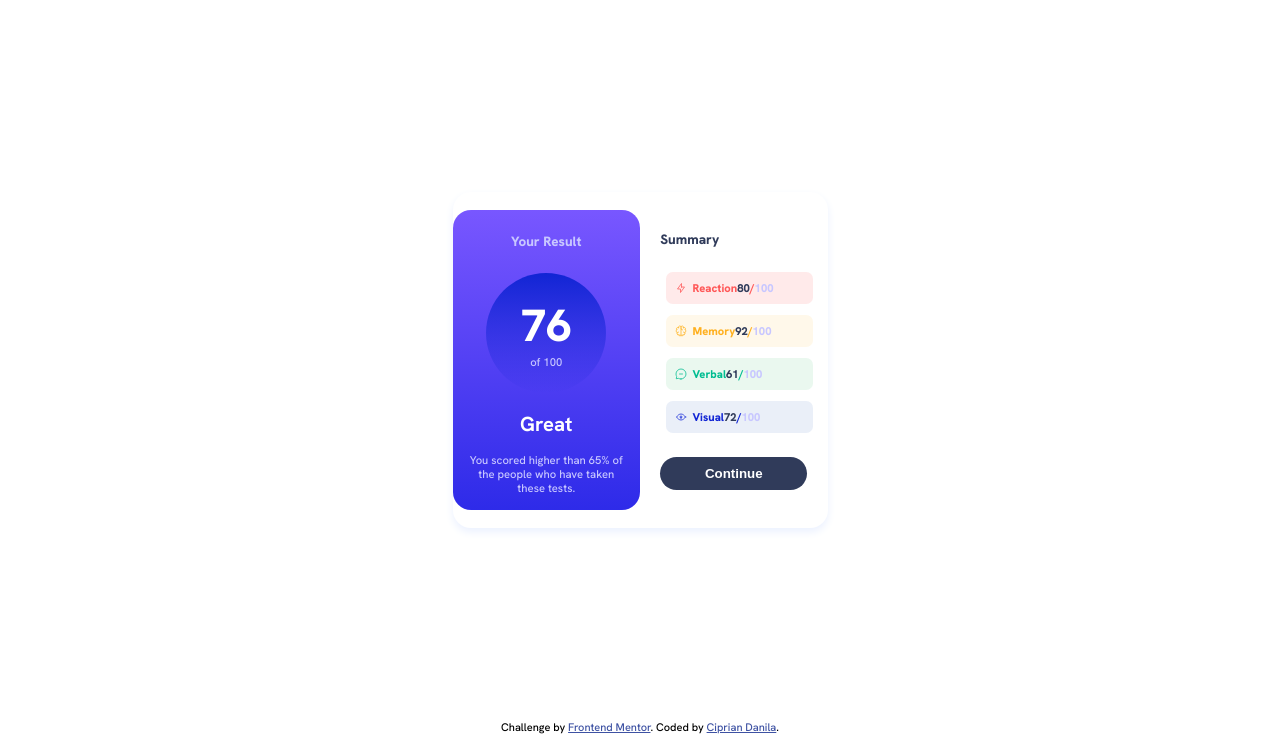
Repository: cipdanila/results-summary-component
Page: index.html
These files come from the project's save history. The page is drawn as it stood at one moment and after the next save; the edit follows.
The browser window is 1280 px wide. The pictures show the whole page.

Above is the page before, as saved 2024-02-02 20:50:18.

After the next save:
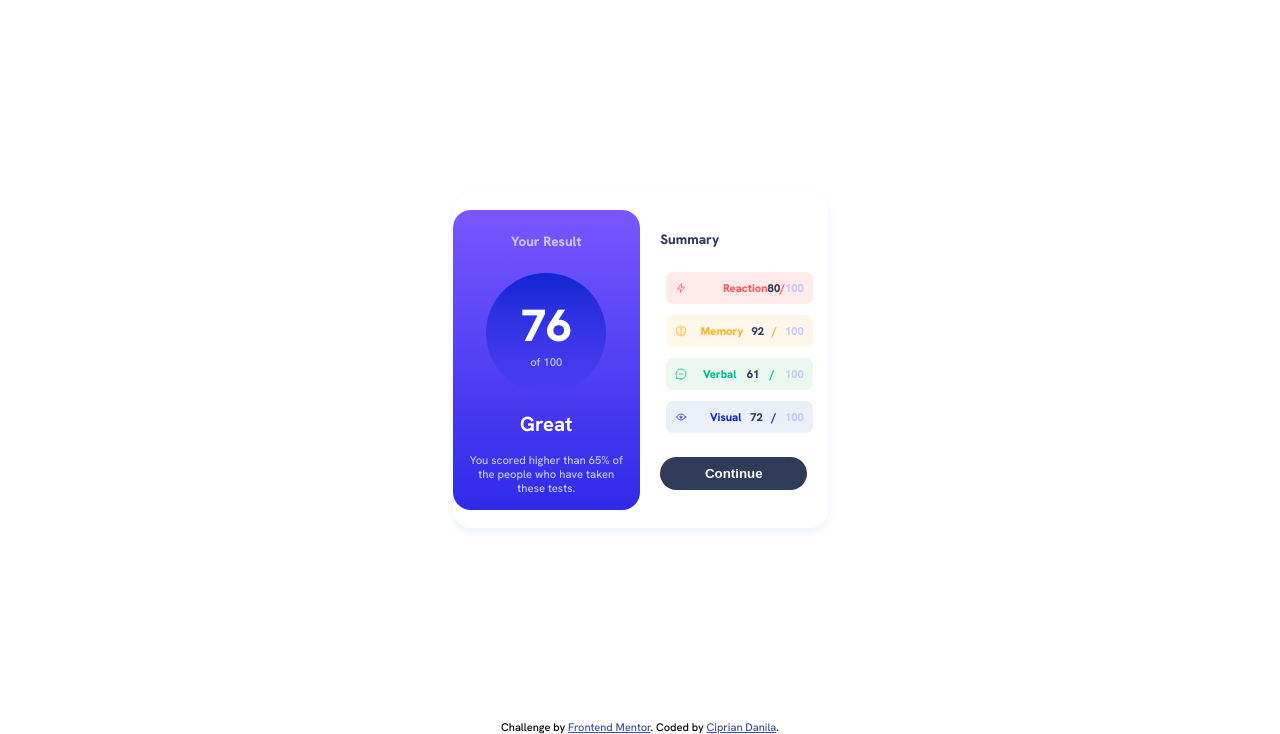
Saved 23 s later.
--- a/styles.css
+++ b/styles.css
@@ -126,7 +126,7 @@
     margin: 0.313rem;
     font-size: 0.625rem;
     display: flex;
-    /* justify-content: space-between; */
+    justify-content: space-between;
     border-radius: 0.375rem;
 }
 
@@ -137,7 +137,7 @@
 
 .summary div p {
     display: flex;
-    align-items: center;
+    align-items: right;
     /* justify-content: space-between; */
 }
 
